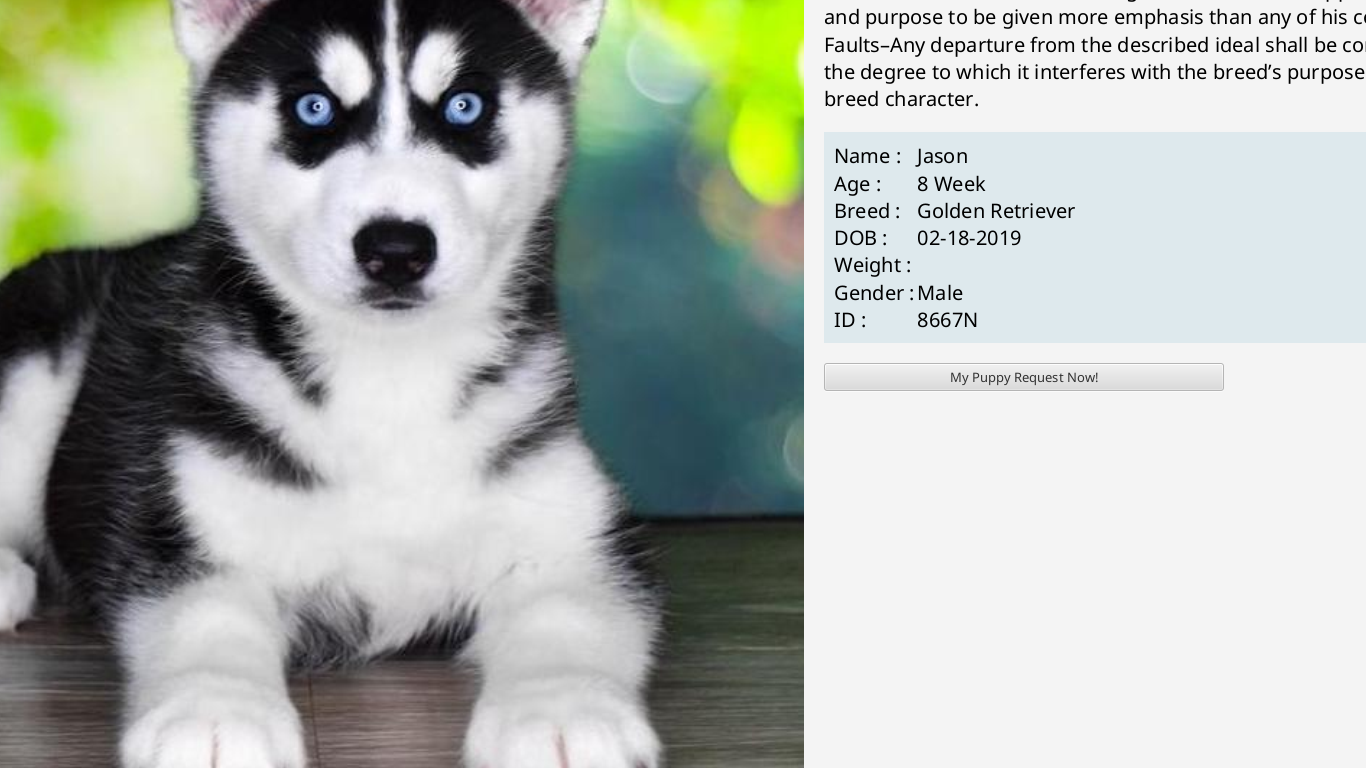
Repository: Cnibungco/CS2450
Program's window: java Assignment4/src/Nursery.java
An editor plug-in stored every save of this project. The program's window is shown before and after the next save, followed by the edit.
It runs on Java 21 on a 1366 x 768 screen with JavaFX 11; the title bar is not drawn. Parts beyond the screen are cut off. It also reads Assignment4/Pictures/dog1.jpg, Assignment4/Pictures/dog2.jpg.

Above is the program's window before, as saved 2019-04-28 21:18:33.

After the next save:
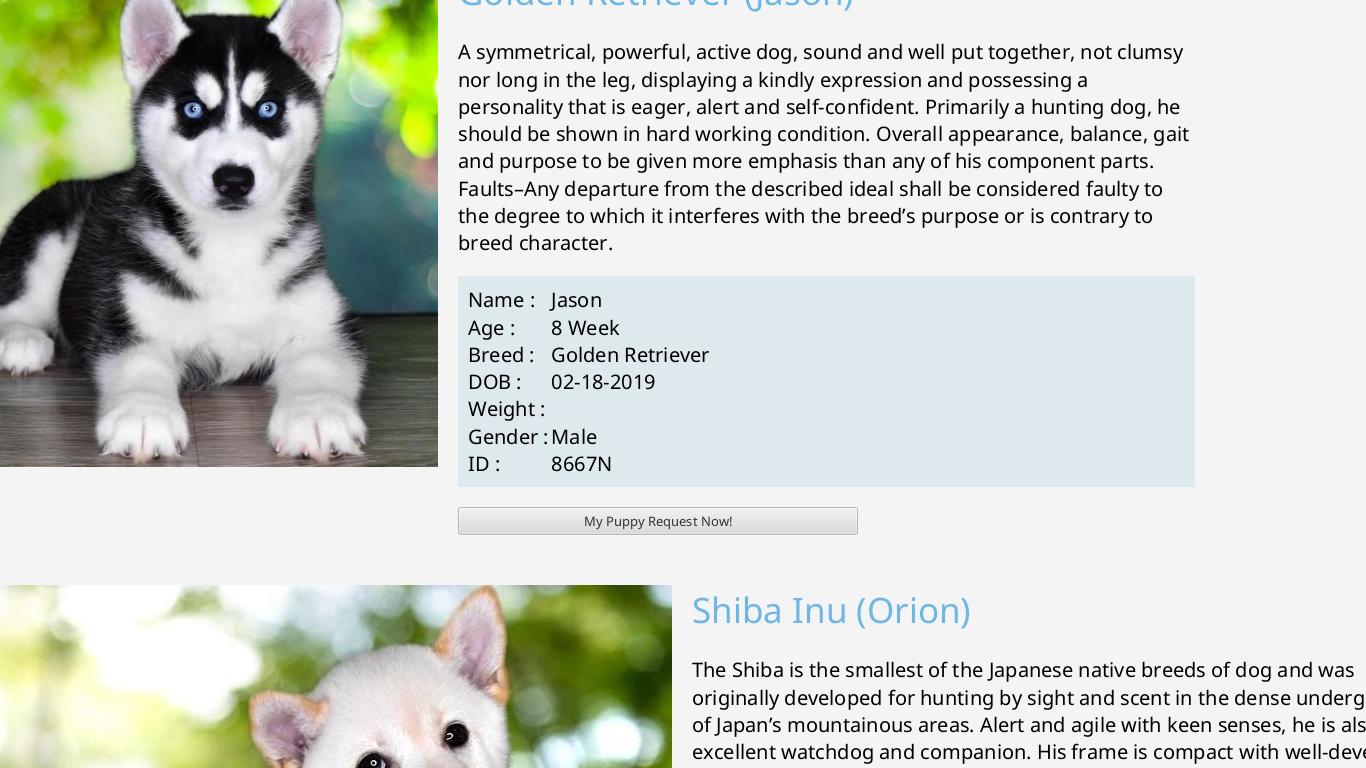
Saved 12 s later.
--- a/Assignment4/src/Nursery.java
+++ b/Assignment4/src/Nursery.java
@@ -88,8 +88,8 @@
 
 		Image dog1Image = new Image("file:Pictures/dog1.jpg");
 		ImageView dog1ImageView = new ImageView(dog1Image);
-		dog1ImageView.setFitHeight(1000);
-		dog1ImageView.setFitWidth(1000);
+		dog1ImageView.setFitHeight(500);
+		dog1ImageView.setFitWidth(500);
 
 		Label goldenRetreverLabel = new Label("Golden Retriever (Jason)");
 		goldenRetreverLabel.setStyle("-fx-font-size:35; -fx-text-fill:#6eb7e5");
